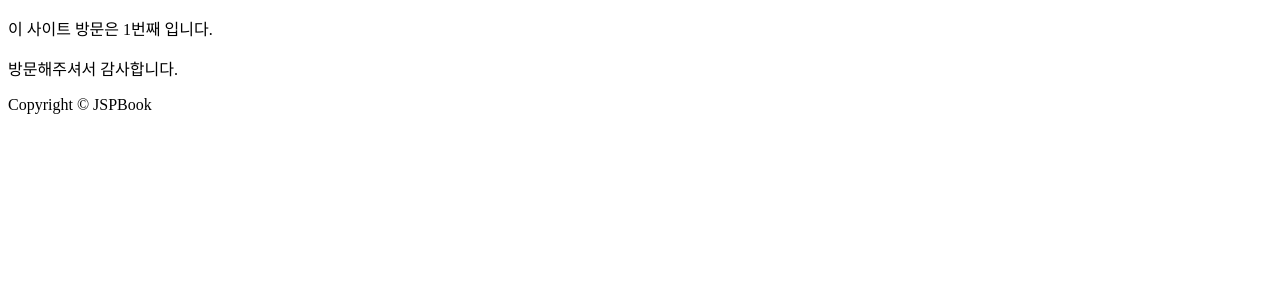
Repository: Jin0207/jsp
Page: http://localhost/day1213/
The author's editor kept a copy of each file at every save. The page is drawn from the files as they stood at one save, then again after the next save.
The browser window is 1280 px wide. The pictures show the whole page.
The page is served by Tomcat 9. Other server files are loaded and not shown.

Above is the page before, as saved 2021-12-13 02:12:15.

### day1213/src/main/webapp/index.jsp
<%@ page language="java" contentType="text/html; charset=EUC-KR"
    pageEncoding="EUC-KR"%>
<!DOCTYPE html>
<html>
<head>
<meta charset="EUC-KR">
<title>Insert title here</title>
</head>
<body>
	<%@ include file="header.jsp" %>
	<p>방문해주셔서 감사합니다.</p>
	<%@ include file="footer.jsp" %>
</body>
</html>

### day1213/src/main/webapp/header.jsp
<%@ page language="java" contentType="text/html; charset=EUC-KR"
    pageEncoding="EUC-KR"%>
<!DOCTYPE html>
<html>
<head>
<meta charset="EUC-KR">
<title>Insert title here</title>
</head>
<body>
	<%!
		int pageCount = 0;
		void addCount(){
			pageCount++;
		}
	%>
	<%
		addCount();
	%>
	<p>
		이 사이트 방문은 <%= pageCount %>번째 입니다.
	</p>
</body>
</html>

### day1213/src/main/webapp/footer.jsp
<%@ page language="java" contentType="text/html; charset=EUC-KR"
    pageEncoding="EUC-KR"%>
<!DOCTYPE html>
<html>
<head>
<meta charset="EUC-KR">
<title>Insert title here</title>
</head>
<body>
	Copyright &copy JSPBook
</body>
</html>

After the next save:
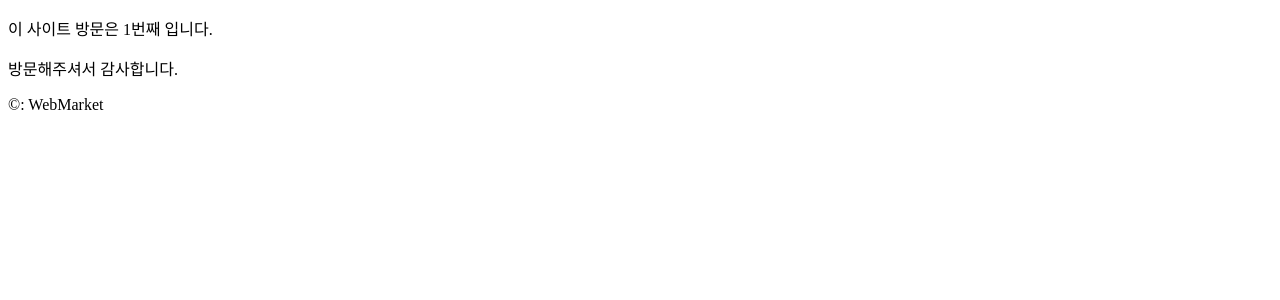
Saved 59 s later.
--- a/day1213/src/main/webapp/footer.jsp
+++ b/day1213/src/main/webapp/footer.jsp
@@ -7,6 +7,8 @@
 <title>Insert title here</title>
 </head>
 <body>
-	Copyright &copy JSPBook
+		<footer>
+		<p>&copy: WebMarket</p>
+	</footer>
 </body>
 </html>
